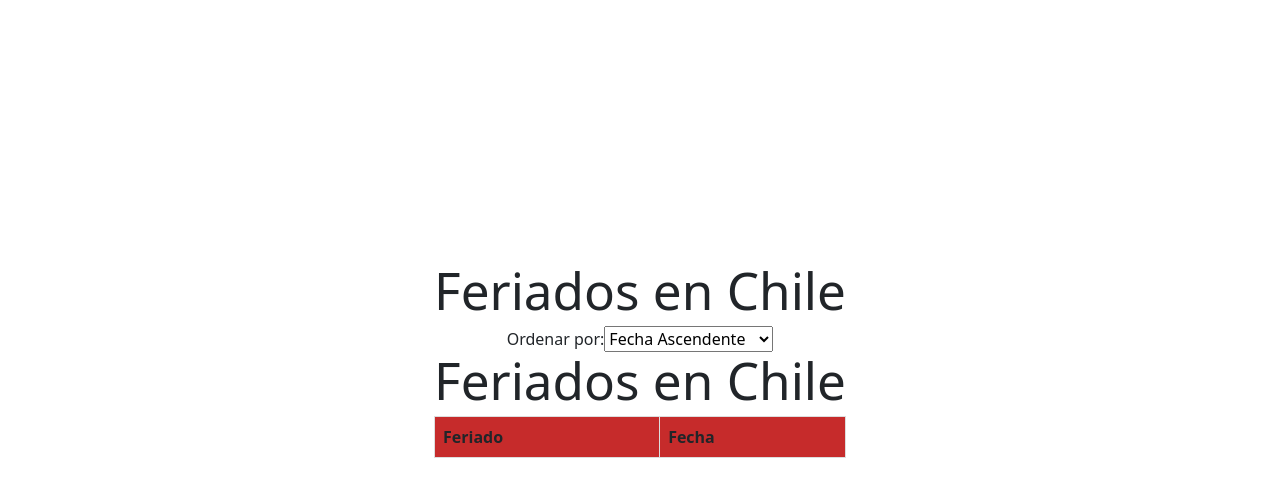
Repository: cvalenciapatagonia/Desafio-4-React-I
Page: /
An editor plug-in stored every save of this project. The page is shown before and after the next save, followed by the edit.
The browser window is 1280 px wide. The pictures show the whole page.
The page's requests for data from a server got no answer. The project was rebuilt for these pictures with package versions that can differ from the ones it lists, and the page was loaded fresh each time. No one was signed in, and anything a server would have sent is missing. Also part of the build but not shown: vite.config.js.

Above is the page before, as saved 2023-09-07 13:40:55.

After the next save:
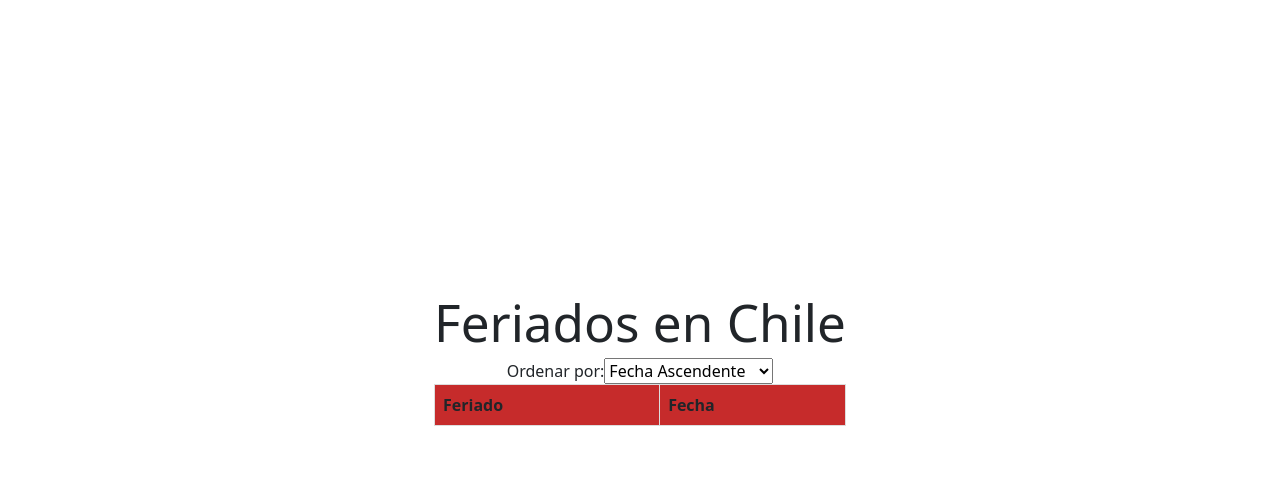
Saved 17 s later.
--- a/src/components/MiApi.jsx
+++ b/src/components/MiApi.jsx
@@ -36,7 +36,6 @@ function MiApi({ apiURL, sortOption }) {
 
   return (
     <div className="MiApi">
-      <h1>Feriados en Chile</h1>
       <table>
         <thead>
           <tr>
